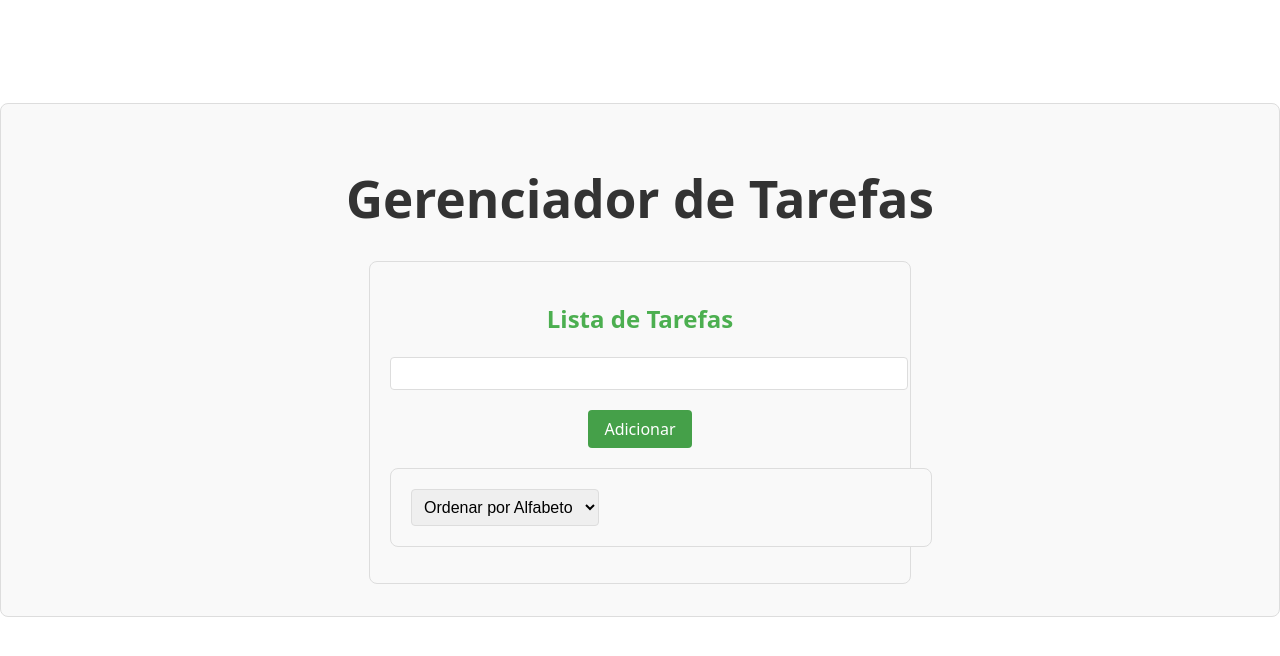
Repository: matheusarrabal12/todo
Page: /
The author's editor kept a copy of each file at every save. The page is drawn from the files as they stood at one save, then again after a run of saves.
The browser window is 1280 px wide. The pictures show the whole page.
The pointer rests on the first visible `button`.
The project was rebuilt for these pictures with package versions that can differ from the ones it lists, and the page was loaded fresh each time. Also part of the build but not shown: vite.config.js.

Above is the page before, as saved 2025-04-03 15:09:55.

### src/App.jsx
import ListaTarefas from './components/ListaTarefas';

import './App.css';

function App() {
  return(
    < >
    <h1>Gerenciador de Tarefas</h1>
    <ListaTarefas />
    </>
  ) ;
}

export default App;

### src/components/ListaTarefas.jsx
import { useState, useEffect } from "react";
import './ListaTarefas.css';

function ListaTarefas() {
  const [tarefas, setTarefa] = useState([]);
  const [novaTarefa, setNovaTarefa] = useState("");
  const [ordenacao, setOrdenacao] = useState("alfabetica");

  useEffect(() => {
    // Recupera as tarefas do localStorage ao carregar a página
    const tarefasSalvas = JSON.parse(localStorage.getItem("tarefas"));
    if (tarefasSalvas) {
      setTarefa(tarefasSalvas);
    }
  }, []);

  useEffect(() => {
    // Salva as tarefas no localStorage sempre que a lista mudar
    localStorage.setItem("tarefas", JSON.stringify(tarefas));
  }, [tarefas]);

  const adicionarTarefa = () => {
    if (novaTarefa.trim() !== "") {
      const novaTarefaObj = { texto: novaTarefa, concluida: false, dataAdicao: new Date() };
      setTarefa([...tarefas, novaTarefaObj]);
      setNovaTarefa("");
    }
  };

  const removerTarefa = (indice) => {
    setTarefa(tarefas.filter((_, i) => i !== indice));
  };

  const marcarTarefaConcluida = (indice) => {
    const novasTarefas = [...tarefas];
    novasTarefas[indice].concluida = !novasTarefas[indice].concluida;
    setTarefa(novasTarefas);
  };

  const ordenarTarefas = (criterio) => {
    let tarefasOrdenadas = [...tarefas];
    if (criterio === "alfabetica") {
      tarefasOrdenadas.sort((a, b) => a.texto.localeCompare(b.texto));
    } else if (criterio === "data") {
      tarefasOrdenadas.sort((a, b) => b.dataAdicao - a.dataAdicao);
    }
    setTarefa(tarefasOrdenadas);
    setOrdenacao(criterio);
  };

  return (
    <div>
      <h2>Lista de Tarefas</h2>
      <input
        type="text"
        value={novaTarefa}
        onChange={(e) => setNovaTarefa(e.target.value)}
      />
      <button onClick={adicionarTarefa}>Adicionar</button>

      <div id="ordenacao">
        <select value={ordenacao} onChange={(e) => ordenarTarefas(e.target.value)}>
          <option value="alfabetica">Ordenar por Alfabeto</option>
          <option value="data">Ordenar por Data</option>
        </select>
      </div>

      <ul>
        {tarefas.map((tarefa, indice) => (
          <li key={indice} className={tarefa.concluida ? "concluida" : ""}>
            {tarefa.texto}
            <div>
              <button className="marcar-concluida" onClick={() => marcarTarefaConcluida(indice)}>
                {tarefa.concluida ? "Desmarcar" : "Concluir"}
              </button>
              <button className="remover" onClick={() => removerTarefa(indice)}>Remover</button>
            </div>
          </li>
        ))}
      </ul>
    </div>
  );
}

export default ListaTarefas;

### src/components/ListaTarefas.css
/* Estilos para a lista de tarefas */
h2 {
    text-align: center;
    color: #4caf50;
  }

  h1 {
    text-align: center;
    color: #333;
  }

  div {
    width: 100%;
    max-width: 500px;
    margin: 0 auto;
    padding: 20px;
    border: 1px solid #ddd;
    border-radius: 8px;
    background-color: #f9f9f9;
  }

  input[type="text"] {
    width: 100%;
    padding: 8px;
    margin-bottom: 10px;
    border: 1px solid #ddd;
    border-radius: 4px;
  }

  button {
    padding: 8px 16px;
    background-color: #4caf50;
    color: white;
    border: none;
    border-radius: 4px;
    cursor: pointer;
    font-size: 16px;
    margin-top: 10px;
  }

  button:hover {
    background-color: #45a049;
  }

  ul {
    list-style-type: none;
    padding: 0;
  }

  li {
    display: flex;
    justify-content: space-between;
    align-items: center;
    padding: 10px;
    margin-bottom: 8px;
    background-color: #fff;
    border: 1px solid #ddd;
    border-radius: 4px;
  }

  li.concluida {
    text-decoration: line-through;
    background-color: #e0e0e0;
  }

  button.remover {
    background-color: #f44336;
  }

  button.remover:hover {
    background-color: #e53935;
  }

  button.marcar-concluida {
    background-color: #2196f3;
  }

  button.marcar-concluida:hover {
    background-color: #1976d2;
  }

  #ordenacao {
    margin-top: 20px;
    display: flex;
    justify-content: space-between;
  }

  #ordenacao select {
    padding: 8px;
    font-size: 16px;
    border-radius: 4px;
    border: 1px solid #ddd;
  }

Loaded but not shown: index.html (common file); src/main.jsx (common file); src/index.css (common file); src/App.css (common file)

After the next 3 saves:
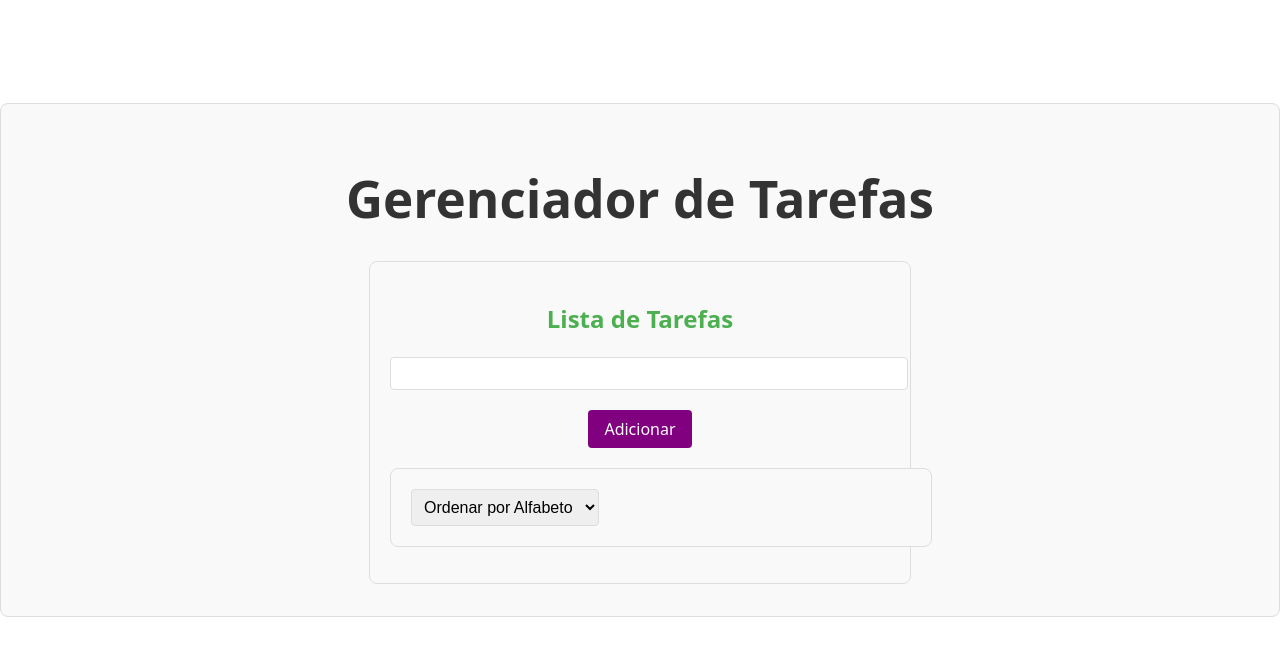
The 3 saves are shown as one change because they came seconds apart.
The last was saved 2 min 37 s later.
--- a/src/components/ListaTarefas.css
+++ b/src/components/ListaTarefas.css
@@ -39,7 +39,7 @@ h2 {
   }
 
   button:hover {
-    background-color: #45a049;
+    background-color: purple;
   }
 
   ul {
